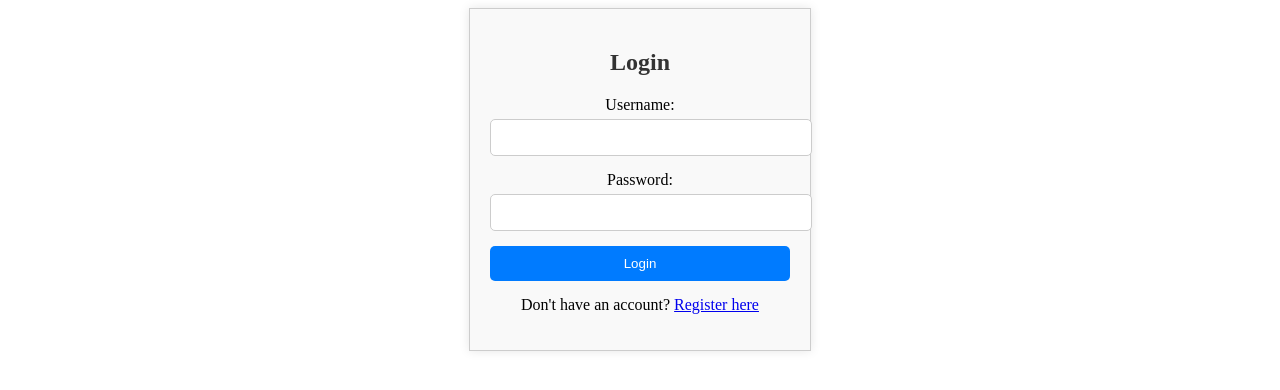
Repository: devalogi/login
Page: http://localhost/login/login.jsp
These files come from the project's save history. The page is drawn as it stood at one moment and after the next save; the edit follows.
The browser window is 1280 px wide. The pictures show the whole page.
The page is served by Tomcat 9.

Above is the page before, as saved 2023-10-01 15:46:26.

After the next save:
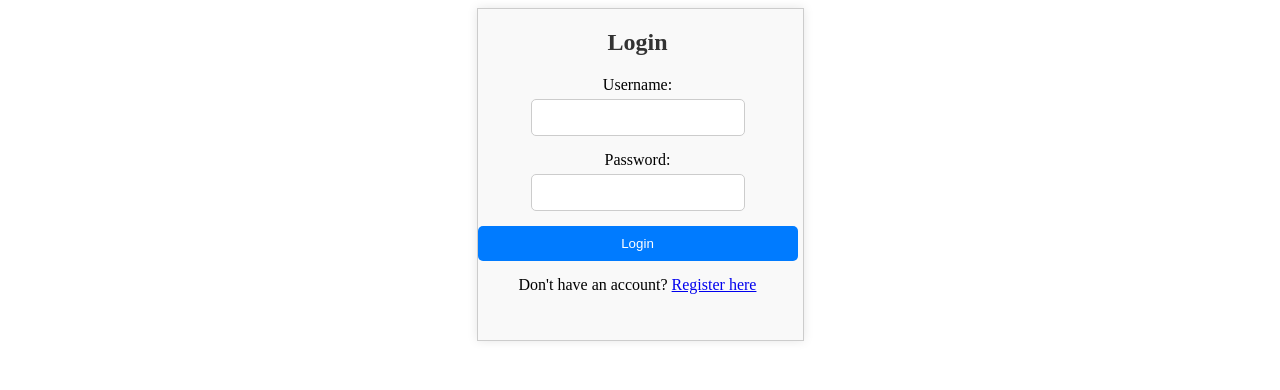
Saved 76 s later.
--- a/login/src/main/webapp/styles.css
+++ b/login/src/main/webapp/styles.css
@@ -1,8 +1,9 @@
 @charset "ISO-8859-1";
 .container {
-    width: 300px;
+    width: 320px;
     margin: 0 auto;
-    padding: 20px;
+    padding-bottom:30px;
+    padding-right:5px;
     border: 1px solid #ccc;
     background-color: #f9f9f9;
     box-shadow: 0 0 10px rgba(0, 0, 0, 0.1);
@@ -23,7 +24,7 @@ label {
 }
 
 input {
-    width: 100%;
+    width: 60%;
     padding: 10px;
     border: 1px solid #ccc;
     border-radius: 5px;
